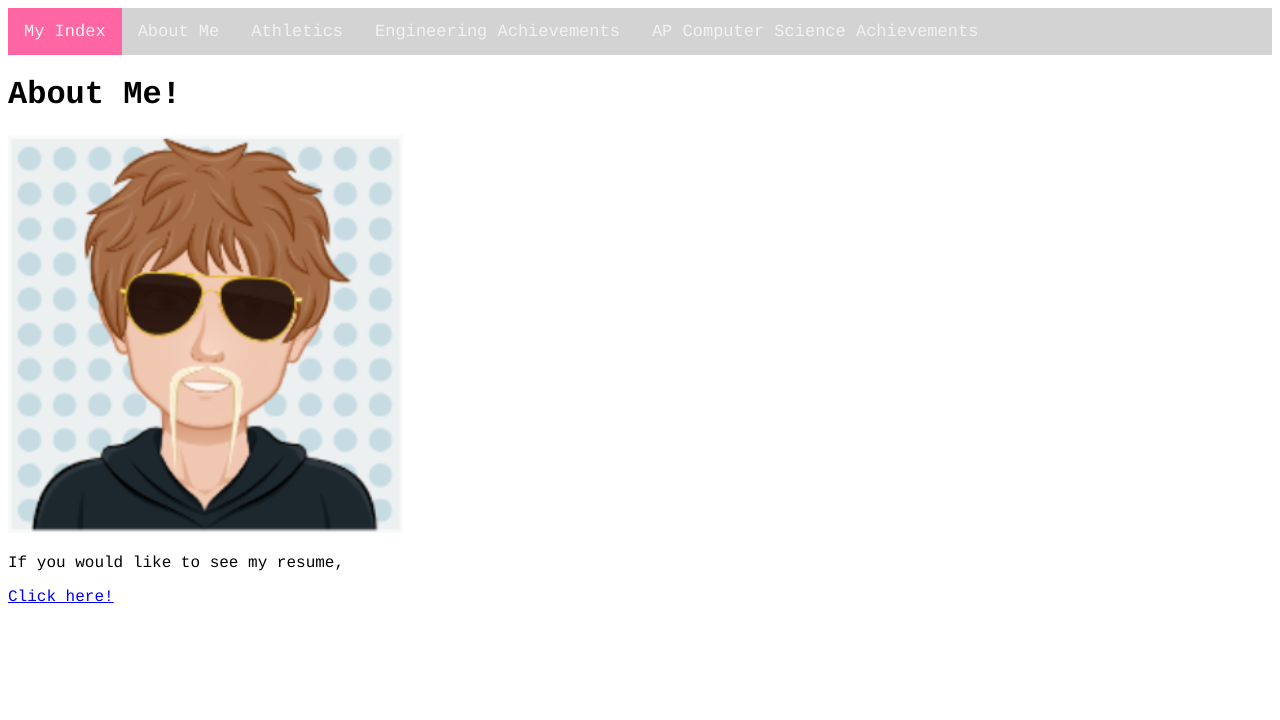
Repository: jacobsirois/jacobsirois.github.io
Page: aboutme.html
The author's editor kept a record of every edit. The page is drawn from the files as they stood at one moment, then again after the next edit.
The browser window is 1280 px wide. The pictures show the whole page.

Above is the page before.
Not found: index.css

### aboutme.html
<!DOCTYPE html>
<html>
<head>
<title>Page Title</title>
</head>
<body>

<title>
"About Me"
<meta charset="utf-8">
</title>
<link href="index.css" rel="stylesheet" type="text/css">
<meta name="viewport" content="width=device-width, initial-scale=1">
<link rel="stylesheet" href="https://cdnjs.cloudflare.com/ajax/libs/font-awesome/4.7.0/css/font-awesome.min.css">

<style>
body {
  font-family: courier;
}

.topnav {
  overflow: hidden;
  background-color: lightgrey;
}

.topnav a {
  float: left;
  display: block;
  color: #f2f2f2;
  text-align: center;
  padding: 14px 16px;
  text-decoration: none;
  font-size: 17px;
}

.topnav a:hover {
  background-color: #ddd;
  color: black;
}

.active {
  background-color: #ff66a3;
  color: white;
}

.topnav .icon {
  display: none;
}

@media screen and (max-width: 600px) {
  .topnav a:not(:first-child) {display: none;}
  .topnav a.icon {
    float: right;
    display: block;
  }
}

@media screen and (max-width: 600px) {
  .topnav.responsive {position: relative;}
  .topnav.responsive .icon {
    position: absolute;
    right: 0;
    top: 0;
  }
  .topnav.responsive a {
    float: none;
    display: block;
    text-align: left;
  }
}
</style>

<div class="topnav" id="myTopnav">
  <a href="index.html" class="active">My Index</a>
  <a href="aboutme.html">About Me</a>
  <a href="athletics.html">Athletics</a>
  <a href="engineering.html">Engineering Achievements</a>
  <a href="compsci.html">AP Computer Science Achievements</a>
  <a href="javascript:void(0);" class="icon" onclick="myFunction()">
    <i class="fa fa-bars"></i>
  </a>
</div>

<script>
function myFunction() {
    var x = document.getElementById("myTopnav");
    if (x.className === "topnav") {
        x.className += " responsive";
    } else {
        x.className = "topnav";
    }
}
</script>


<h1>About Me!</h1>
<img src="images/avatar.jpg" alt="my avatar">
<p>If you would like to see my resume,</p>
<a href="https://docs.google.com/document/d/1-AdmVu0SB5snxsAU3fiWYV94WNg3X-d_nUklR3OvtXk/edit?usp=sharing" target="_blank">Click here!</a>
</body>
</html>

After the next edit:
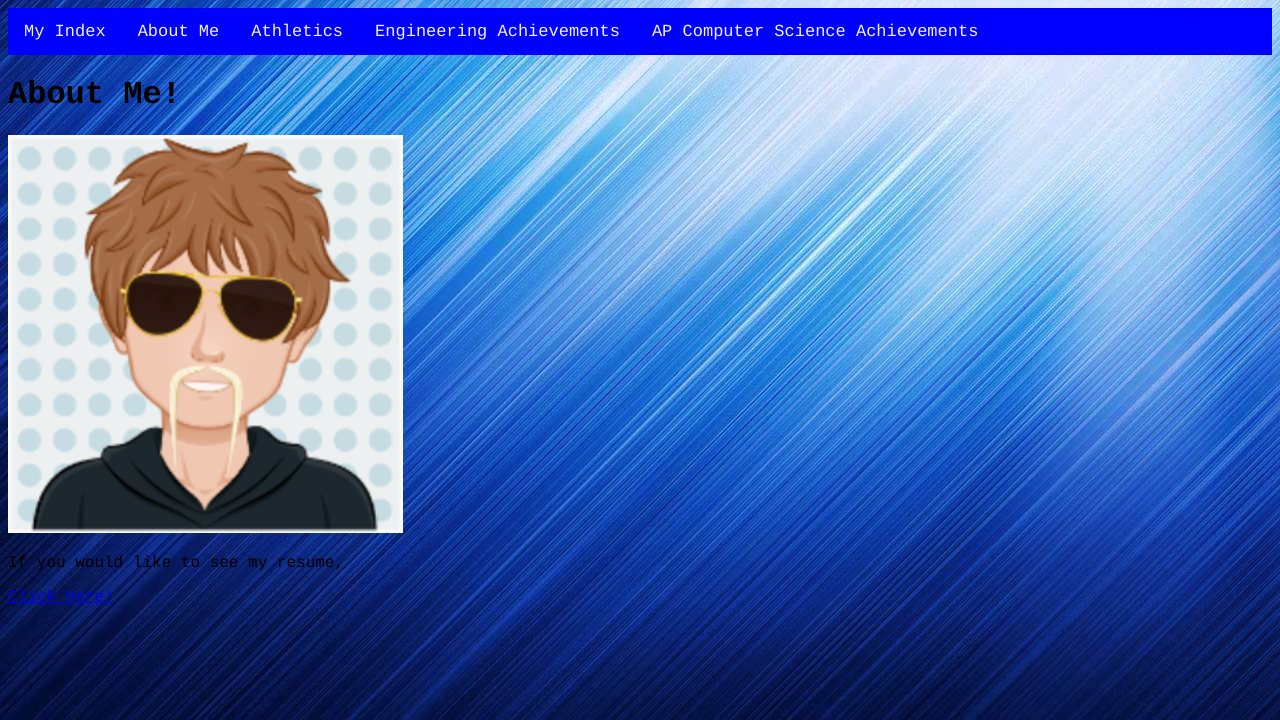
The edit:
--- a/aboutme.html
+++ b/aboutme.html
@@ -20,12 +20,13 @@
 
 .topnav {
   overflow: hidden;
-  background-color: lightgrey;
+  background-color: blue;
 }
 
 .topnav a {
   float: left;
   display: block;
+  background-color: blue;
   color: #f2f2f2;
   text-align: center;
   padding: 14px 16px;
@@ -92,6 +93,15 @@
 }
 </script>
 
+<style>
+body {
+  background-image: url('anotha background.jpg');
+  background-repeat: no-repeat;
+  background-attachment: fixed;
+  background-size: 100% 100%;
+}
+</style>
+
 
 <h1>About Me!</h1>
 <img src="images/avatar.jpg" alt="my avatar">
